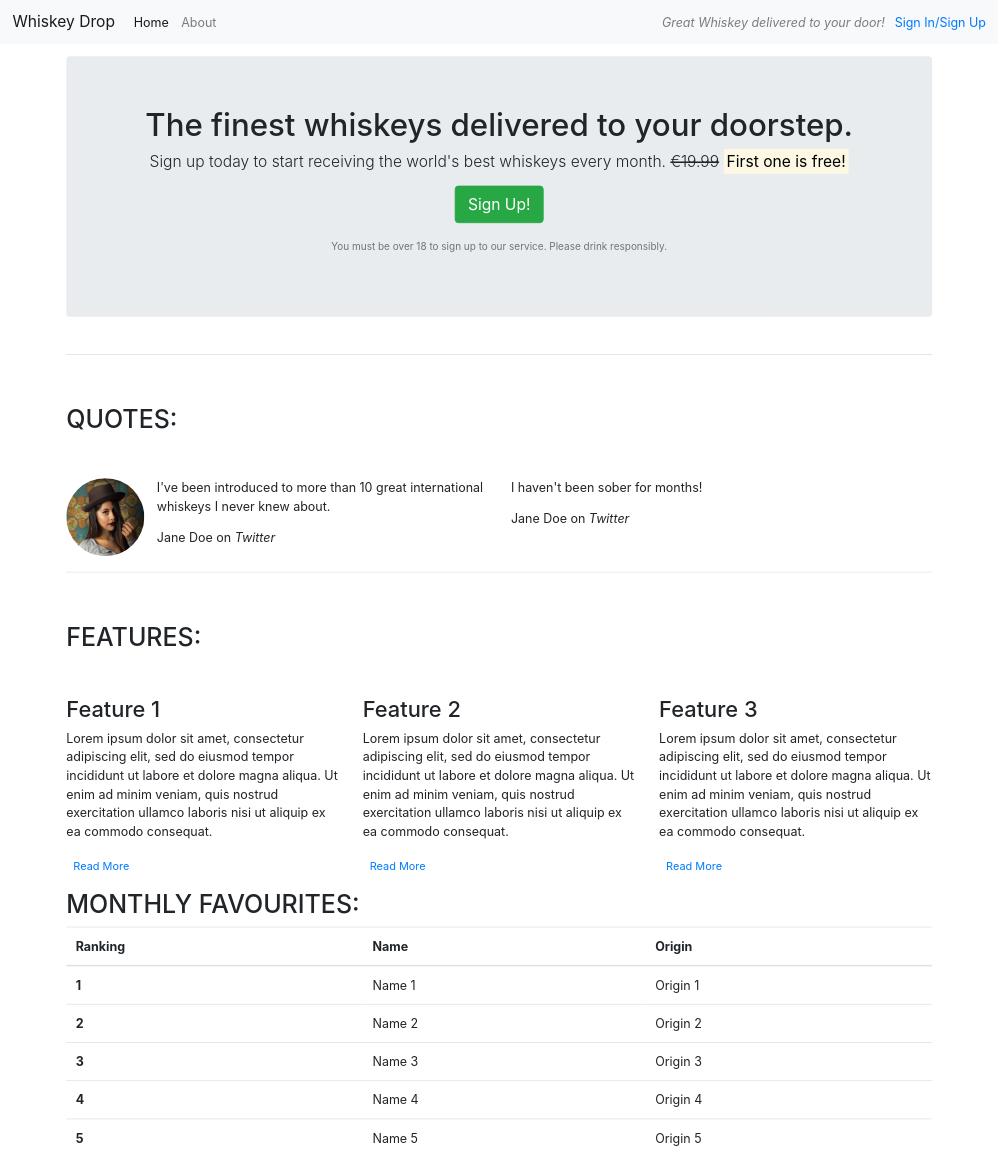
Repository: ElaineArchbold/bootstrap_landing_page1
Page: index.html
The author's editor kept a record of every edit. The page is drawn from the files as they stood at one moment, then again after the next edit.
The browser window is 1280 px wide. The pictures show the whole page, at 78% of full size.

Above is the page before.

### index.html
<!DOCTYPE html>
<html lang="en-us">

<head>
    <meta charset="utf-8">
    <meta name="viewport" content="width=device-width, initial-scale=1.0">
    <title>Whiskey Drop | Taste a new whiskey every month</title>
    <link rel="stylesheet" href="https://maxcdn.bootstrapcdn.com/bootstrap/4.1.3/css/bootstrap.min.css">
</head>

<body>
    <nav class="navbar navbar-light bg-light navbar-expand-sm">
        <!--navbar light for a light colour, bg-light for a light background and navbar-expand-sm to make it responsive-->
        <a href="/" class="navbar-brand">Whiskey Drop</a>
        <ul class="navbar-nav mr-auto">
            <!--mr-auto will push the content to the left-->
            <li class="active nav-item mr-r"><a class="nav-link" href="/">Home</a></li>
            <li class="nav-item mr-2"><a class="nav-link" href="/about">About</a></li>
            <li class="nav-item mr-2 d-block d-sm-none"><a class="nav-link" href="/login">Sign In/Sign Up</a></li>
            <!--this last list item will only be displayed on a mobile device-->
        </ul>
        <div class="d-none d-md-block">
            <!--this will only be displayed on medium sized and above-->
            <p class="navbar-text my-auto mr-2"><i>Great Whiskey delivered to your door!</i></p>
            <!--my-auto is automatic margin-->
            <a href="/login">Sign In/Sign Up</a>
        </div>
    </nav>
    <article class="container mt-3">
        <!-- Callout -->
        <div class="row">
            <div class="col-12">
                <section class="callout jumbotron text-center">
                    <h1>The finest whiskeys delivered to your doorstep.</h1>
                    <p class="lead">Sign up today to start receiving the world's best whiskeys every month. <s class="d-none d-sm-inline"><!--this hides this text on mobile-->€19.99</s>
                        <span class="d-inline d-sm-none"><br></span>
                        <!--this moves the following text to its own line on mobile-->
                        <strong><mark>First one is free!</mark></strong></p>
                    <p><button class="btn btn-lg btn-success">Sign Up!</button></p>
                    <p class="text-muted"><small>You must be over 18 to sign up to our service. Please drink responsibly.</small></p>
                </section>
            </div>
        </div>
        <!-- /.callout -->
        <hr>

        <!-- Quotes -->
        <section class="quotes">
            <div class="row">
                <div class="col-12 my-5">
                    <!--my-5 gives more vertical space-->
                    <h2 class="text-uppercase">Quotes:</h2>
                </div>
            </div>
            <div class="row">
                <div class="col-12 col-md-6">
                    <!--this makes the quotes side by side on a medium screen-->
                    <div class="media">
                        <img src="images/girl-image.png" class="rounded-circle mr-3" height=100 width=100></img>
                        <div class="media-body">
                            <blockquote class="quote">
                                <p>I've been introduced to more than 10 great international whiskeys I never knew about.</p>
                                <footer>Jane Doe on <cite title="Twitter">Twitter</cite></footer>
                            </blockquote>
                        </div>
                    </div>
                </div>
                <div class="col-12 col-md-6">
                    <blockquote class="quote">
                        <p>I haven't been sober for months!</p>
                        <footer>Jane Doe on <cite title="Twitter">Twitter</cite></footer>
                    </blockquote>
                </div>
            </div>
        </section>
        <!-- /.quotes -->
        <hr>

        <!-- Features -->
        <section class="features">
            <div class="row">
                <div class="col-12 my-5">
                    <h2 class="text-uppercase">Features:</h2>
                </div>
            </div>
            <div class="row">
                <div class="col-12 col-md-6 col-lg-4">
                    <!--the col-lg-4 will keep the features side by side but make them occupy a third of the row-->
                    <div class="feature">
                        <h3>Feature 1</h3>
                        <p>Lorem ipsum dolor sit amet, consectetur adipiscing elit, sed do eiusmod tempor incididunt ut labore et dolore magna aliqua. Ut enim ad minim veniam, quis nostrud exercitation ullamco laboris nisi ut aliquip ex ea commodo consequat.</p>
                        <p><a class="btn btn-sm btn-default" href="">Read More</a></p>
                    </div>
                </div>
                <div class="col-12 col-md-6 col-lg-4">
                    <div class="feature">
                        <h3>Feature 2</h3>
                        <p>Lorem ipsum dolor sit amet, consectetur adipiscing elit, sed do eiusmod tempor incididunt ut labore et dolore magna aliqua. Ut enim ad minim veniam, quis nostrud exercitation ullamco laboris nisi ut aliquip ex ea commodo consequat.</p>
                        <p><a class="btn btn-sm btn-default" href="">Read More</a></p>
                    </div>
                </div>
                <div class="col-12 d-md-none d-lg-block col-lg-4">
                    <div class="feature">
                        <!-- d-md-none on a medium screen, this wont be displayed -->
                        <!--d-lg-block and col-lg-4 make this display on large screens-->
                        <h3>Feature 3</h3>
                        <p>Lorem ipsum dolor sit amet, consectetur adipiscing elit, sed do eiusmod tempor incididunt ut labore et dolore magna aliqua. Ut enim ad minim veniam, quis nostrud exercitation ullamco laboris nisi ut aliquip ex ea commodo consequat.</p>
                        <p><a class="btn btn-sm btn-default" href="">Read More</a></p>
                    </div>
                </div>
            </div>
        </section>
        <!-- /.features -->

        <section class="monthly-favourites">

            <h2 class="text-uppercase">Monthly Favourites:</h2>
            <table class="table">
                <thead>
                    <tr>
                        <th scope="col">Ranking</th>
                        <th scope="col">Name</th>
                        <th scope="col">Origin</th>
                    </tr>
                </thead>
                <tbody>
                    <tr>
                        <th scope="row">1</th>
                        <td>Name 1</td>
                        <td>Origin 1</td>
                    </tr>
                    <tr>
                        <th scope="row">2</th>
                        <td>Name 2</td>
                        <td>Origin 2</td>
                    </tr>
                    <tr>
                        <th scope="row">3</th>
                        <td>Name 3</td>
                        <td>Origin 3</td>
                    </tr>
                    <tr>
                        <th scope="row">4</th>
                        <td>Name 4</td>
                        <td>Origin 4</td>
                    </tr>
                    <tr>
                        <th scope="row">5</th>
                        <td>Name 5</td>
                        <td>Origin 5</td>
                    </tr>
                </tbody>
            </table>

        </section>
    </article>
</body>

</html>

After the next edit:
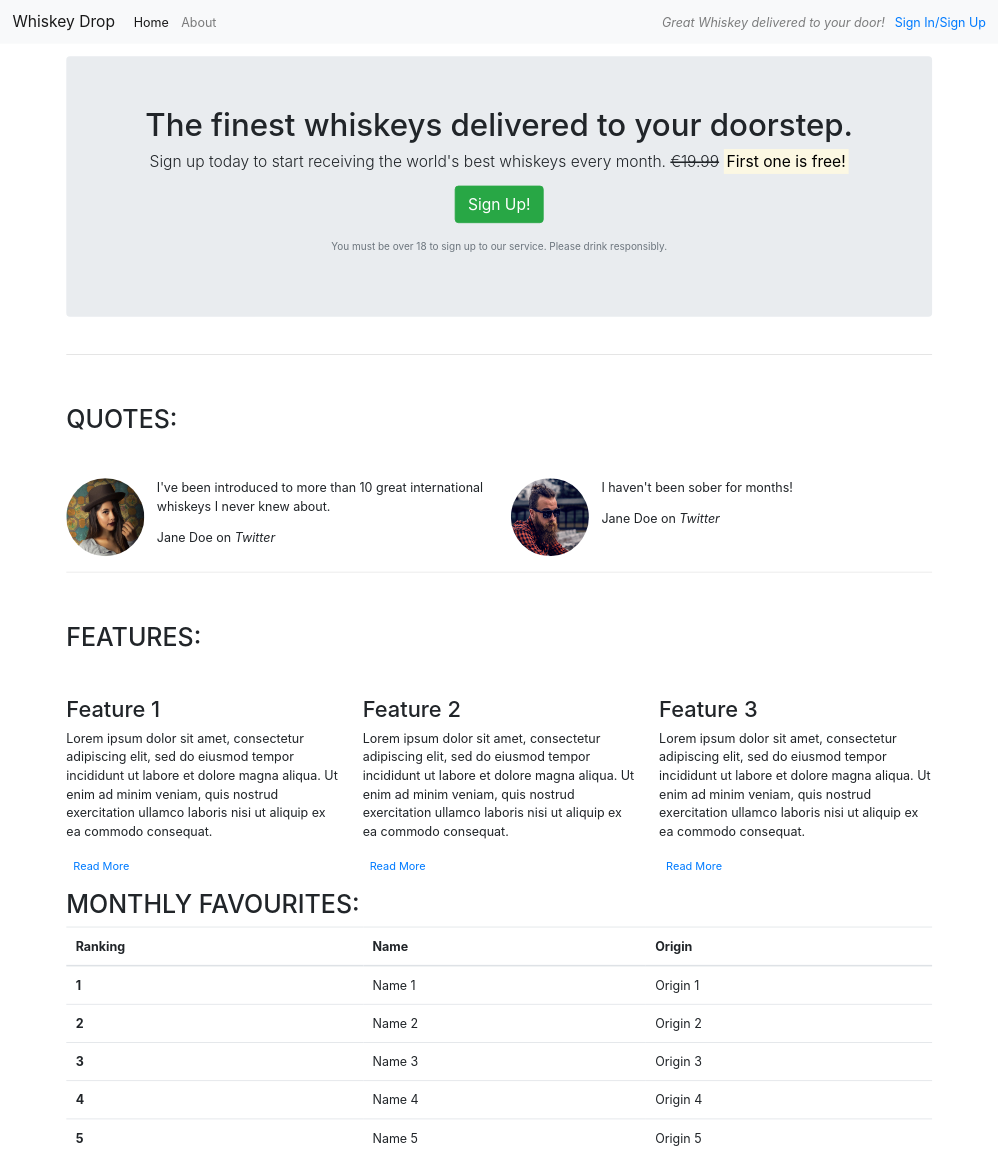
The edit:
--- a/index.html
+++ b/index.html
@@ -66,6 +66,9 @@
                     </div>
                 </div>
                 <div class="col-12 col-md-6">
+                    <div class="media">
+                        <img src="images/guy-image.png" class="rounded-circle mr-3" height=100 width=100></img>
+                        <div class="media-body">
                     <blockquote class="quote">
                         <p>I haven't been sober for months!</p>
                         <footer>Jane Doe on <cite title="Twitter">Twitter</cite></footer>
